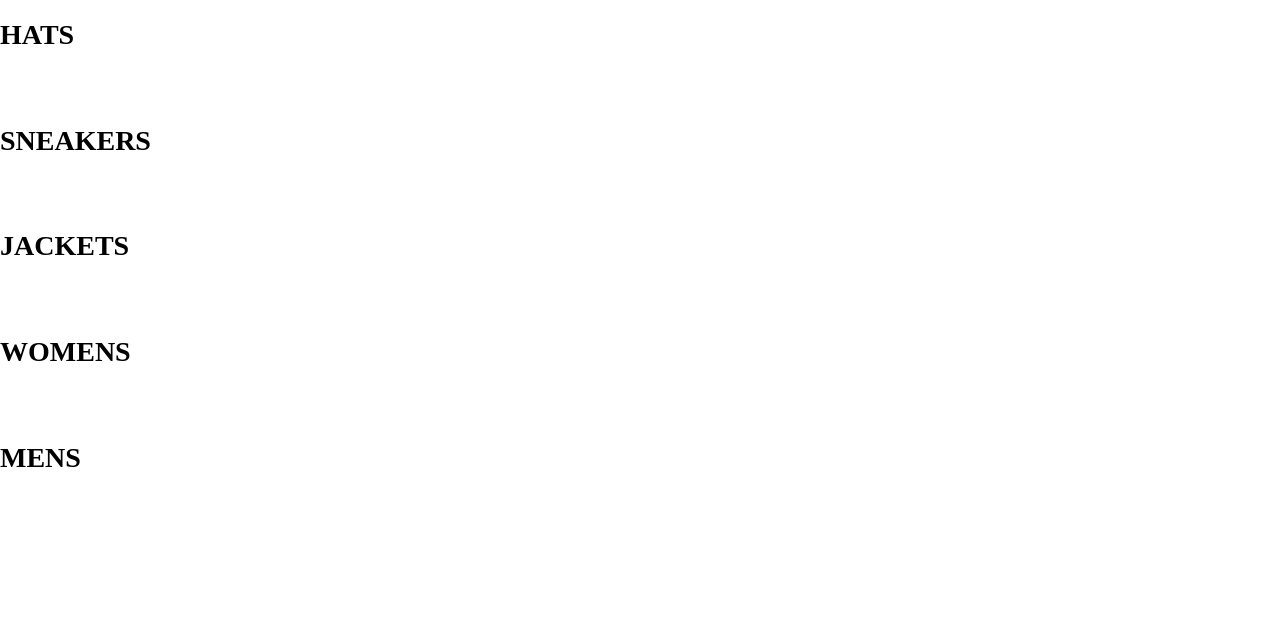
Repository: Farazzaidi22/Crwn-Clothing
Page: /shop
The author's editor kept a copy of each file at every save. The page is drawn from the files as they stood at one save, then again after a run of saves.
The browser window is 1280 px wide. The pictures show the whole page.
Some web fonts or font styles are not loaded; a fallback is used. The project was rebuilt for these pictures with package versions that can differ from the ones it lists, and the page was loaded fresh each time. A package was used in the major version that the imports need, not the one package.json lists. Also part of the build but not shown: src/components/menu-item/menu-item.styles.scss, src/components/menu-item/menu-item.component.jsx, src/components/directory/directory.styles.scss, src/components/directory/directory.component.jsx, src/pages/homepage/homepage.styles.scss, src/pages/homepage/homepage.component.jsx, src/components/collection-item/collection-item.styles.scss, src/components/collection-item/collection-item.component.jsx.

Above is the page before, as saved 2021-12-10 12:08:44.

### src/App.js
import './App.css';
import HomePage from './pages/homepage/homepage.component';
import ShopPage from './pages/shop/shop.component';
import { Routes, Route } from 'react-router-dom'


function App() {
  return (
    <div>
      <Routes>
        <Route exact path='/' element={<HomePage/>}/>
        <Route path='/shop'   element={<ShopPage/>}/>
      </Routes>
    </div>
  );
}

export default App;

### src/App.css
body{
    font-family: 'Bigelow Rules', cursive;
}

### src/pages/shop/shop.component.jsx
import React from "react";
import SHOP_DATA from './shop.data'
import CollectionPreview from "../../components/collection-preview/collection-preview.component";

class ShopPage extends React.Component {
    constructor(props){
        super(props)

        this.state = {
            collections: SHOP_DATA
        }
    }

    render(){
        const {collections} = this.state
        return (
            <div className="shop-page">
                {
                    collections.map( ({ id, ...otheCollectionProps }) => (
                        <CollectionPreview key={id} {...otheCollectionProps}/>
                    ) )
                }

            </div>
        )
    }
}

export default ShopPage

### src/pages/shop/shop.data.js
const SHOP_DATA = [
  {
    id: 1,
    title: 'Hats',
    routeName: 'hats',
    items: [
      {
        id: 1,
        name: 'Brown Brim',
        imageUrl: 'https://i.ibb.co/ZYW3VTp/brown-brim.png',
        price: 25
      },
      {
        id: 2,
        name: 'Blue Beanie',
        imageUrl: 'https://i.ibb.co/ypkgK0X/blue-beanie.png',
        price: 18
      },
      {
        id: 3,
        name: 'Brown Cowboy',
        imageUrl: 'https://i.ibb.co/QdJwgmp/brown-cowboy.png',
        price: 35
      },
      {
        id: 4,
        name: 'Grey Brim',
        imageUrl: 'https://i.ibb.co/RjBLWxB/grey-brim.png',
        price: 25
      },
      {
        id: 5,
        name: 'Green Beanie',
        imageUrl: 'https://i.ibb.co/YTjW3vF/green-beanie.png',
        price: 18
      },
      {
        id: 6,
        name: 'Palm Tree Cap',
        imageUrl: 'https://i.ibb.co/rKBDvJX/palm-tree-cap.png',
        price: 14
      },
      {
        id: 7,
        name: 'Red Beanie',
        imageUrl: 'https://i.ibb.co/bLB646Z/red-beanie.png',
        price: 18
      },
      {
        id: 8,
        name: 'Wolf Cap',
        imageUrl: 'https://i.ibb.co/1f2nWMM/wolf-cap.png',
        price: 14
      },
      {
        id: 9,
        name: 'Blue Snapback',
        imageUrl: 'https://i.ibb.co/X2VJP2W/blue-snapback.png',
        price: 16
      }
    ]
  },
  {
    id: 2,
    title: 'Sneakers',
    routeName: 'sneakers',
    items: [
      {
        id: 10,
        name: 'Adidas NMD',
        imageUrl: 'https://i.ibb.co/0s3pdnc/adidas-nmd.png',
        price: 220
      },
      {
        id: 11,
        name: 'Adidas Yeezy',
        imageUrl: 'https://i.ibb.co/dJbG1cT/yeezy.png',
        price: 280
      },
      {
        id: 12,
        name: 'Black Converse',
        imageUrl: 'https://i.ibb.co/bPmVXyP/black-converse.png',
        price: 110
      },
      {
        id: 13,
        name: 'Nike White AirForce',
        imageUrl: 'https://i.ibb.co/1RcFPk0/white-nike-high-tops.png',
        price: 160
      },
      {
        id: 14,
        name: 'Nike Red High Tops',
        imageUrl: 'https://i.ibb.co/QcvzydB/nikes-red.png',
        price: 160
      },
      {
        id: 15,
        name: 'Nike Brown High Tops',
        imageUrl: 'https://i.ibb.co/fMTV342/nike-brown.png',
        price: 160
      },
      {
        id: 16,
        name: 'Air Jordan Limited',
        imageUrl: 'https://i.ibb.co/w4k6Ws9/nike-funky.png',
        price: 190
      },
      {
        id: 17,
        name: 'Timberlands',
        imageUrl: 'https://i.ibb.co/Mhh6wBg/timberlands.png',
        price: 200
      }
    ]
  },
  {
    id: 3,
    title: 'Jackets',
    routeName: 'jackets',
    items: [
      {
        id: 18,
        name: 'Black Jean Shearling',
        imageUrl: 'https://i.ibb.co/XzcwL5s/black-shearling.png',
        price: 125
      },
      {
        id: 19,
        name: 'Blue Jean Jacket',
        imageUrl: 'https://i.ibb.co/mJS6vz0/blue-jean-jacket.png',
        price: 90
      },
      {
        id: 20,
        name: 'Grey Jean Jacket',
        imageUrl: 'https://i.ibb.co/N71k1ML/grey-jean-jacket.png',
        price: 90
      },
      {
        id: 21,
        name: 'Brown Shearling',
        imageUrl: 'https://i.ibb.co/s96FpdP/brown-shearling.png',
        price: 165
      },
      {
        id: 22,
        name: 'Tan Trench',
        imageUrl: 'https://i.ibb.co/M6hHc3F/brown-trench.png',
        price: 185
      }
    ]
  },
  {
    id: 4,
    title: 'Womens',
    routeName: 'womens',
    items: [
      {
        id: 23,
        name: 'Blue Tanktop',
        imageUrl: 'https://i.ibb.co/7CQVJNm/blue-tank.png',
        price: 25
      },
      {
        id: 24,
        name: 'Floral Blouse',
        imageUrl: 'https://i.ibb.co/4W2DGKm/floral-blouse.png',
        price: 20
      },
      {
        id: 25,
        name: 'Floral Dress',
        imageUrl: 'https://i.ibb.co/KV18Ysr/floral-skirt.png',
        price: 80
      },
      {
        id: 26,
        name: 'Red Dots Dress',
        imageUrl: 'https://i.ibb.co/N3BN1bh/red-polka-dot-dress.png',
        price: 80
      },
      {
        id: 27,
        name: 'Striped Sweater',
        imageUrl: 'https://i.ibb.co/KmSkMbH/striped-sweater.png',
        price: 45
      },
      {
        id: 28,
        name: 'Yellow Track Suit',
        imageUrl: 'https://i.ibb.co/v1cvwNf/yellow-track-suit.png',
        price: 135
      },
      {
        id: 29,
        name: 'White Blouse',
        imageUrl: 'https://i.ibb.co/qBcrsJg/white-vest.png',
        price: 20
      }
    ]
  },
  {
    id: 5,
    title: 'Mens',
    routeName: 'mens',
    items: [
      {
        id: 30,
        name: 'Camo Down Vest',
        imageUrl: 'https://i.ibb.co/xJS0T3Y/camo-vest.png',
        price: 325
      },
      {
        id: 31,
        name: 'Floral T-shirt',
        imageUrl: 'https://i.ibb.co/qMQ75QZ/floral-shirt.png',
        price: 20
      },
      {
        id: 32,
        name: 'Black & White Longsleeve',
        imageUrl: 'https://i.ibb.co/55z32tw/long-sleeve.png',
        price: 25
      },
      {
        id: 33,
        name: 'Pink T-shirt',
        imageUrl: 'https://i.ibb.co/RvwnBL8/pink-shirt.png',
        price: 25
      },
      {
        id: 34,
        name: 'Jean Long Sleeve',
        imageUrl: 'https://i.ibb.co/VpW4x5t/roll-up-jean-shirt.png',
        price: 40
      },
      {
        id: 35,
        name: 'Burgundy T-shirt',
        imageUrl: 'https://i.ibb.co/mh3VM1f/polka-dot-shirt.png',
        price: 25
      }
    ]
  }
];

export default SHOP_DATA;

### src/components/collection-preview/collection-preview.component.jsx
import './collection-preview.styles.scss'
import CollectionItem from '../collection-item/collection-item.component'

const CollectionPreview = ({ title, items}) => (
    <div className='collection-preview'>

        <h1 className='title'>{ title.toUpperCase() }</h1>
        <div className='preview'>
            { items.filter((item, idx) => idx < 4)
                .map( ({ id, ...itemsProps }) => (
                <div key={ id }>{ name }</div>
            ))}
        </div>
    </div>
)
export default CollectionPreview

Loaded but not shown: public/index.html (common file); src/index.js (common file); src/index.css (common file); src/reportWebVitals.js (common file); src/components/collection-preview/collection-preview.styles.scss (common file)

After the next 7 saves:
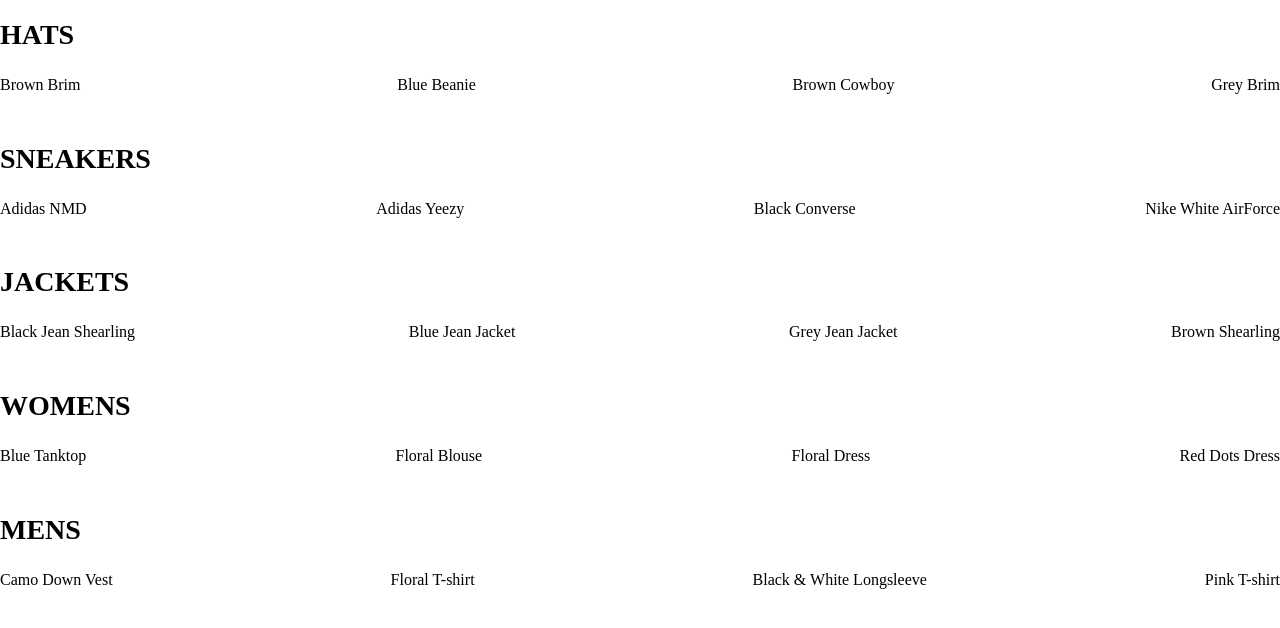
The 7 saves are shown as one change because 2 did not build or start and some came seconds apart.
The last was saved 33 s later.
--- a/src/components/collection-preview/collection-preview.component.jsx
+++ b/src/components/collection-preview/collection-preview.component.jsx
@@ -7,8 +7,8 @@
         <h1 className='title'>{ title.toUpperCase() }</h1>
         <div className='preview'>
             { items.filter((item, idx) => idx < 4)
-                .map( ({ id, ...itemsProps }) => (
-                <div key={ id }>{ name }</div>
+                .map( ({ id, ...otherItemsProps }) => (
+                <div key={ id }>{ otherItemsProps.name }</div>
             ))}
         </div>
     </div>
